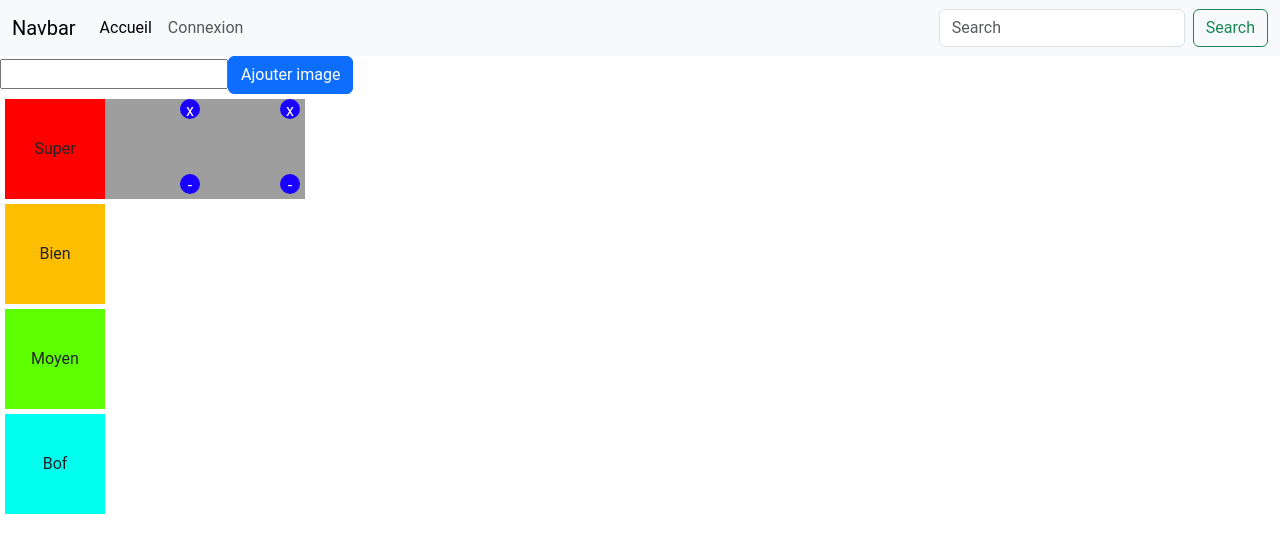
Repository: tecouz/Angular
Page: / (app in projet Angular/demo-angular-dfs2-g2/)
The author's editor kept a copy of each file at every save. The page is drawn from the files as they stood at one save, then again after the next save.
The browser window is 1280 px wide. The pictures show the whole page.
Pictures or frames that could not be fetched are drawn as grey boxes. The project was rebuilt for these pictures with package versions that can differ from the ones it lists, and the page was loaded fresh each time. Also part of the build but not shown: projet Angular/demo-angular-dfs2-g2/angular.json, projet Angular/demo-angular-dfs2-g2/src/app/pages/connexion/connexion.component.ts, projet Angular/demo-angular-dfs2-g2/src/app/pages/page404/page404.component.ts.

Above is the page before, as saved 2024-11-25 16:02:24.

### projet Angular/demo-angular-dfs2-g2/src/index.html
<!doctype html>
<html lang="en">
<head>
  <meta charset="utf-8">
  <title>DemoAngularDfs2G2</title>
  <base href="/">
  <meta name="viewport" content="width=device-width, initial-scale=1">
  <link rel="icon" type="image/x-icon" href="favicon.ico">
  <link href="https://cdn.jsdelivr.net/npm/bootstrap@5.3.3/dist/css/bootstrap.min.css" rel="stylesheet" integrity="sha384-QWTKZyjpPEjISv5WaRU9OFeRpok6YctnYmDr5pNlyT2bRjXh0JMhjY6hW+ALEwIH" crossorigin="anonymous">
</head>
<body>
  <app-root></app-root>
  <script src="https://cdn.jsdelivr.net/npm/bootstrap@5.3.3/dist/js/bootstrap.bundle.min.js" integrity="sha384-YvpcrYf0tY3lHB60NNkmXc5s9fDVZLESaAA55NDzOxhy9GkcIdslK1eN7N6jIeHz" crossorigin="anonymous"></script>
</body>
</html>

### projet Angular/demo-angular-dfs2-g2/src/app/app.component.ts
import { Component } from '@angular/core';
import { RouterLink, RouterOutlet } from '@angular/router';

@Component({
  selector: 'app-root',
  imports: [RouterOutlet, RouterLink],
  templateUrl: './app.component.html',
  styleUrl: './app.component.scss'
})
export class AppComponent {
  title = 'demo-angular-dfs2-g2';
}

### projet Angular/demo-angular-dfs2-g2/src/app/app.routes.ts
import { Routes } from '@angular/router';
import { AccueilComponent } from './pages/accueil/accueil.component';
import { ConnexionComponent } from './pages/connexion/connexion.component';
import { Page404Component } from './pages/page404/page404.component';

export const routes: Routes = [
    {path: "accueil", component: AccueilComponent},
    {path: "connexion", component: ConnexionComponent},
    {path: "", redirectTo: "accueil", pathMatch: "full"},
    {path: "**", component:Page404Component},
];

### projet Angular/demo-angular-dfs2-g2/src/app/app.component.html
<nav class="navbar navbar-expand-lg bg-body-tertiary">
  <div class="container-fluid">
    <a class="navbar-brand">Navbar</a>
    <button class="navbar-toggler" type="button" data-bs-toggle="collapse" data-bs-target="#navbarSupportedContent"
      aria-controls="navbarSupportedContent" aria-expanded="false" aria-label="Toggle navigation">
      <span class="navbar-toggler-icon"></span>
    </button>
    <div class="collapse navbar-collapse" id="navbarSupportedContent">
      <ul class="navbar-nav me-auto mb-2 mb-lg-0">
        <li class="nav-item">
          <a class="nav-link active" routerLink="/accueil">Accueil</a>
        </li>
        <li class="nav-item">
          <a class="nav-link" routerLink="/connexion">Connexion</a>
        </li>
      </ul>
      <form class="d-flex" role="search">
        <input class="form-control me-2" type="search" placeholder="Search" aria-label="Search">
        <button class="btn btn-outline-success" type="submit">Search</button>
      </form>
    </div>
  </div>
</nav>

<router-outlet></router-outlet>

### projet Angular/demo-angular-dfs2-g2/src/app/pages/accueil/accueil.component.ts
import { Component } from '@angular/core';
import { FormsModule } from '@angular/forms';

@Component({
  selector: 'app-accueil',
  imports: [FormsModule],
  templateUrl: './accueil.component.html',
  styleUrl: './accueil.component.scss'
})
export class AccueilComponent {

  saisieImage = "";

  listeCategories = [
    {
      titre: "Super", images: [
        "https://encrypted-tbn0.gstatic.com/images?q=tbn:ANd9GcSoUbGxdooqKHGls6i0vJT0yXIIHN-PJtllBw&s",
        "https://assets.evcdn.net/dam-images/83712/16-9/750x422.jpeg"]
    },
    { titre: "Bien", images: [] },
    { titre: "Moyen", images: [] },
    { titre: "Bof", images: [] }]


  ajoutImage() {
    if (this.saisieImage != "") {
      this.listeCategories[0].images.push(this.saisieImage)
      this.saisieImage = "";
    }
  }
}

### projet Angular/demo-angular-dfs2-g2/src/app/pages/accueil/accueil.component.html
<input type="text" [(ngModel)]="saisieImage">
<div class="btn btn-primary" (click)="ajoutImage()">
  Ajouter image
</div>

<div class="categories">

  @for (categorie of listeCategories; let indexCategorie = $index ;track indexCategorie) {

  <div class="categorie">
    <div class="en-tete">
      <span>{{categorie.titre}}</span>
    </div>
    <div class="images">
      @for (image of categorie.images; let indexImage = $index ;track indexImage) {
      <div class="image">
        <div class="bouton bouton-supprimer" (click)="onSuppression(indexCategorie, indexImage)">x</div>
        @if(indexCategorie != 0) {
        <div class="bouton bouton-plus" (click)="onDeplacement(indexCategorie, indexImage, false)">+</div>
        }
        @if(indexCategorie < listeCategories.length - 1) { <div class="bouton bouton-moins"
          (click)="onDeplacement(indexCategorie, indexImage)">-
      </div>
      }
      <img src="{{image}}">
    </div>

    }
  </div>
</div>

}
</div>

### projet Angular/demo-angular-dfs2-g2/src/app/pages/accueil/accueil.component.scss
.categorie {
    display: flex;
    margin: 5px;

    .en-tete {
      width: 100px;
      height: 100px;
      background-color: #ff00c8;
      display: flex;
      align-items: center;
      justify-content: center;
    }

    &:nth-child(1) .en-tete {
      background-color: #ff0000;
    }

    &:nth-child(2) .en-tete {
      background-color: #ffbf00;
    }

    &:nth-child(3) .en-tete {
      background-color: #5eff00;
    }

    &:nth-child(4) .en-tete {
      background-color: #00ffee;
    }

    &:nth-child(5) .en-tete {
      background-color: #1900ff;
    }

    &:nth-child(6) .en-tete {
      background-color: #d000ff;
    }

    .images {
      display: flex;

      .image {
        position: relative;

        .bouton {
          position: absolute;
          border-radius: 50%;
          background-color: #1900ff;
          color: white;
          right: 5px;
          width: 20px;
          height: 20px;
          text-align: center;

          &.bouton-plus {
            top: 5px;
          }

          &.bouton-moins {
            bottom: 5px;
          }
        }

        img {
          width: 100px;
          height: 100px;
          object-fit: cover;
        }
      }
    }
  }

Loaded but not shown: projet Angular/demo-angular-dfs2-g2/src/styles.scss (common file); projet Angular/demo-angular-dfs2-g2/src/main.ts (common file); projet Angular/demo-angular-dfs2-g2/src/app/app.config.ts (common file); projet Angular/demo-angular-dfs2-g2/src/app/app.component.scss (no stored copy; drawn as an empty file)

After the next save:
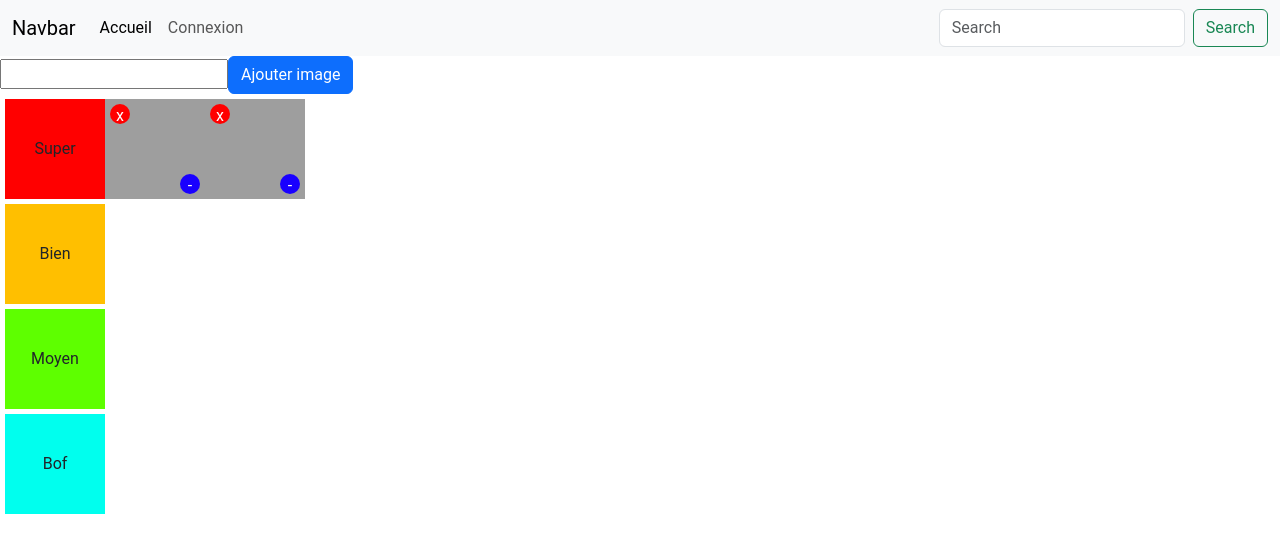
Saved 13 s later.
--- a/projet Angular/demo-angular-dfs2-g2/src/app/pages/accueil/accueil.component.scss
+++ b/projet Angular/demo-angular-dfs2-g2/src/app/pages/accueil/accueil.component.scss
@@ -58,6 +58,12 @@
           &.bouton-moins {
             bottom: 5px;
           }
+
+          &.bouton-supprimer {
+            top: 5px;
+            left: 5px;
+            background-color: red;
+          }
         }
 
         img {
